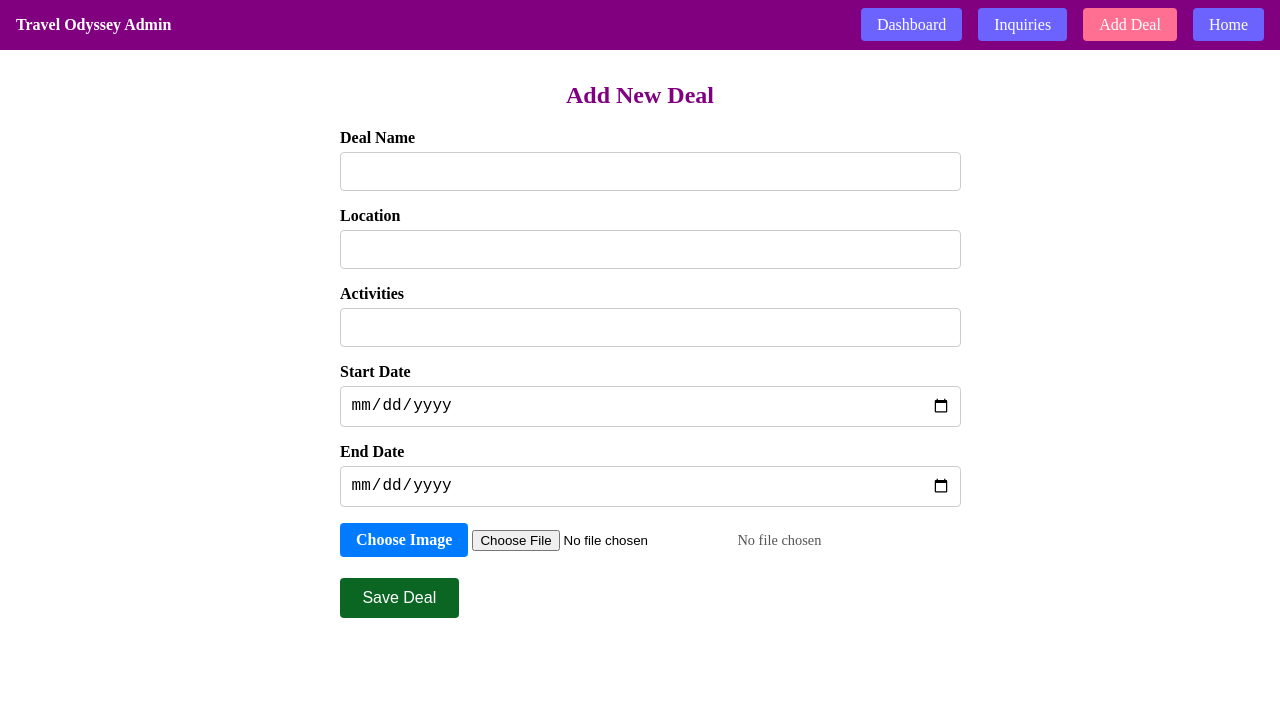
Repository: GHzPhoenix/Project-Odyssey
Page: Frontend/add-deal.html
These files come from the project's save history. The page is drawn as it stood at one moment and after the next save; the edit follows.
The browser window is 1280 px wide. The pictures show the whole page.

Above is the page before, as saved 2025-06-08 23:43:56.

After the next save:
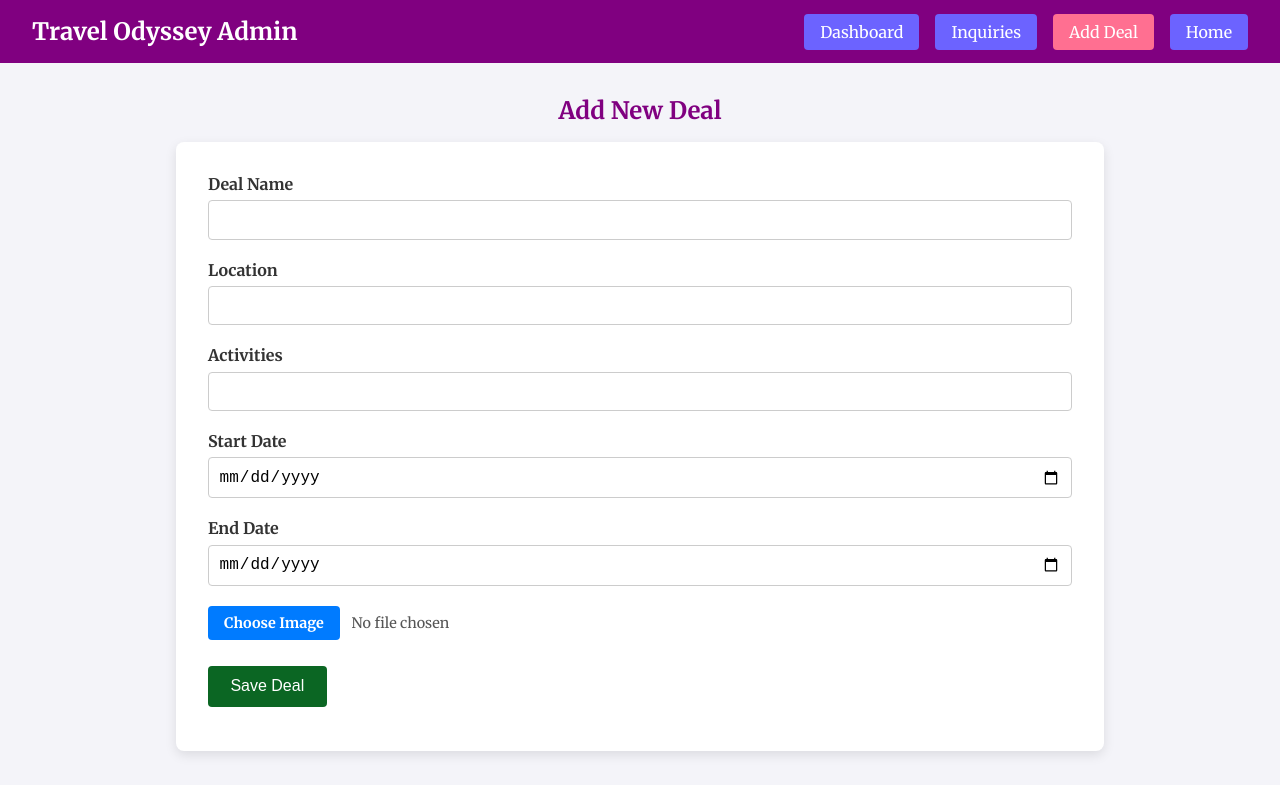
Saved 30 s later.
--- a/Frontend/add-deal.html
+++ b/Frontend/add-deal.html
@@ -4,106 +4,7 @@
     <meta charset="UTF-8" />
     <meta name="viewport" content="width=device-width,initial-scale=1.0" />
     <title>Admin – Add Deal</title>
-
-    <style>
-      body {
-        font-family: "Merriweather", serif;
-        margin: 0;
-      }
-      header nav {
-        background: purple;
-        padding: 1rem;
-        display: flex;
-        align-items: center;
-        justify-content: space-between;
-      }
-      header nav .logo {
-        color: white;
-        font-weight: bold;
-      }
-      header nav ul {
-        list-style: none;
-        display: flex;
-        gap: 1rem;
-        margin: 0;
-      }
-      header nav a {
-        color: white;
-        text-decoration: none;
-        padding: 0.5rem 1rem;
-        background: #6c63ff;
-        border-radius: 4px;
-        transition: background 0.2s;
-      }
-      header nav a.active {
-        background: #ff6f91;
-      }
-      header nav a:hover {
-        background: #5950d4;
-      }
-
-      main {
-        max-width: 600px;
-        margin: 2rem auto;
-        padding: 0 1rem;
-      }
-      h2 {
-        text-align: center;
-        color: purple;
-      }
-      form .input-group {
-        margin-bottom: 1rem;
-      }
-      label {
-        display: block;
-        margin-bottom: 0.3rem;
-        font-weight: 600;
-      }
-      input[type="text"],
-      input[type="date"],
-      textarea {
-        width: 100%;
-        padding: 0.6rem;
-        border: 1px solid #ccc;
-        border-radius: 4px;
-        font-size: 1rem;
-      }
-      .file-input-label {
-        display: inline-block;
-        padding: 0.5rem 1rem;
-        background: #007bff;
-        color: white;
-        border-radius: 4px;
-        cursor: pointer;
-      }
-      #file-chosen {
-        margin-left: 0.5rem;
-        font-size: 0.9rem;
-        color: #555;
-      }
-      button[type="submit"] {
-        background: #0b6623;
-        color: white;
-        padding: 0.7rem 1.4rem;
-        border: none;
-        border-radius: 4px;
-        font-size: 1rem;
-        cursor: pointer;
-      }
-      button[type="submit"]:hover {
-        background: #095a1a;
-      }
-      #deal-message {
-        margin-top: 0.75rem;
-        font-size: 0.9rem;
-      }
-      #deal-message.error {
-        color: #b00020;
-      }
-      #deal-message.success {
-        color: #0b6623;
-      }
-    </style>
+    <link rel="stylesheet" href="/Frontend/css/admin.css" />
   </head>
   <body>
     <header>
